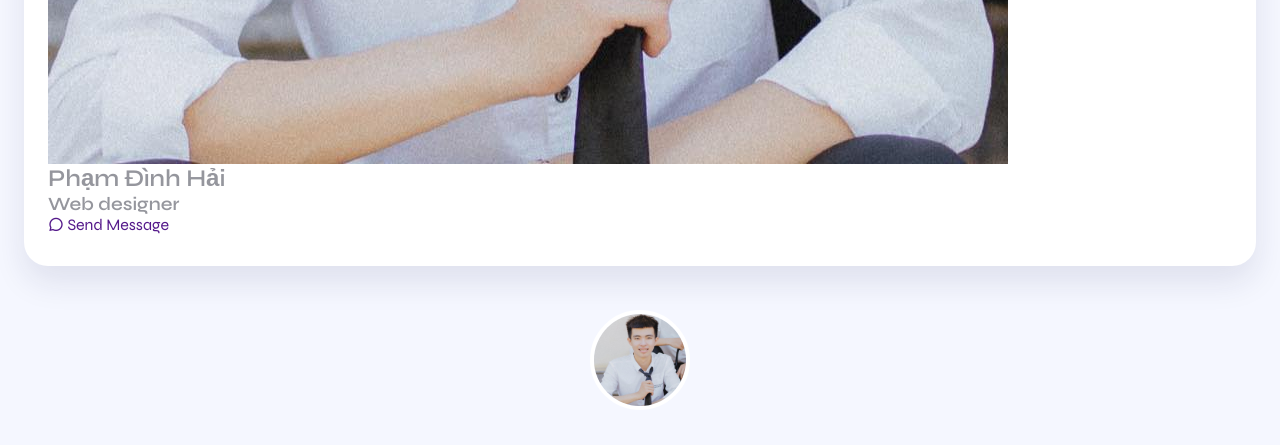
Repository: dinhhaidh/Profile
Page: index.html
An editor plug-in stored every save of this project. The page is shown before and after a run of saves, followed by the edit.
The browser window is 1280 px wide. The pictures show the whole page.
Some web libraries are served in a nearby version.

Above is the page before, as saved 2024-02-29 09:13:05.

After the next 5 saves:
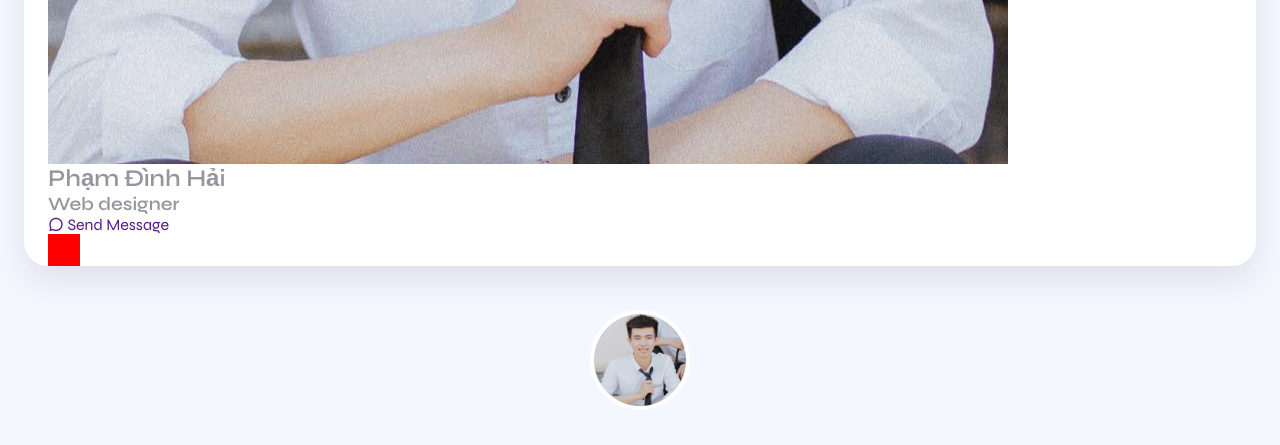
The 5 saves are shown as one change because they came seconds apart.
The last was saved 14 s later.
--- a/style.css
+++ b/style.css
@@ -94,6 +94,9 @@ img {
 .card__content::after{
     content: "";
     width: 32px;
+    height: 32px;
+    background-color: red;
+    position: absolute;
 
 }
 .card__header{
